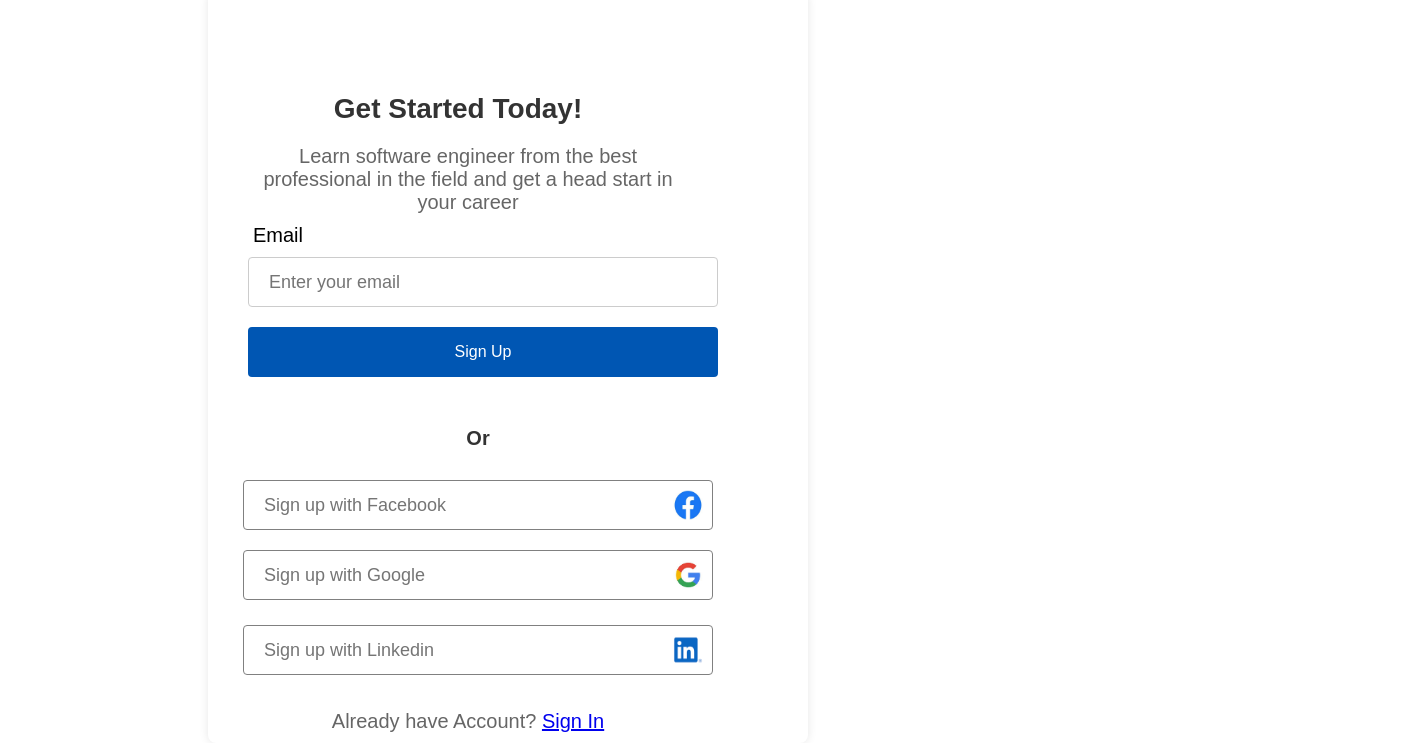
Repository: Femi007-gh/LOGIN-INTERFACE
Page: index.html
An editor plug-in stored every save of this project. The page is shown before and after the next save, followed by the edit.
The browser window is 1280 px wide. The page is 1408 px wide, then 1423 px, so the pictures cover 1423 px, including what lies to the right of the window. The pictures show the whole page.

Above is the page before, as saved 2025-01-22 15:54:51.

### index.html
<html>
  <head>
    <title></title>
    <link rel="stylesheet" href="style.css">
  </head>
  <body>
    <div class="container">
      <div class="left-session">
        <div class="form-container">
          <h1>Get Started Today!</h1>
          <p>Learn software engineer from the best professional in the field and get a head start in your career</p>
          <form>
            <div class="inter-group">
              <p class="red">Email</p>
              <input placeholder="Enter your email" class="email">
            </div>
           <button class="primary-btn" type="submit">
              Sign Up
            </button>
            </form>
            <p class="divider">Or</p>
            <div class="social-buttons">
              <input placeholder="Sign up with Facebook" class="sign">
              <img class="face" src="facebook.jpeg">
              <input placeholder="Sign up with Google" class="sign">
              <img class="go" src="google.webp">
              <input placeholder="Sign up with Linkedin" class="sign">
              <img class="link" src="linked.png">
              <p class="pet">Already have Account? <a href="#">Sign In</a>
      </div>
    </div>
  </body>
</html>

### style.css
body {
  font-family: Arial, sans-serif;
  display: flex;
  justify-content: center;
  align-items: center;
  height: 100vh;
  width: 1000px;
}

.container {
  display: flex;
  width: 600px;
  height: 750px;
  background-color: white;
  border-radius: 8px;
  box-shadow: 0 0 10px rgba(0, 0, 0, 0.1);
  margin-left: 0
}

.left-session {
  flex: 1;
  padding: 40px;
  display: flex;
  flex-direction: column;
  justify-content: center;
}

.form-container {
  text-align: center;
}

h1 {
  font-size: 28px;
  margin-bottom: 20px;
  color: #333;
  margin-right: 700px;
  margin-top: 100px;
}

p {
  margin: 10px 0;
  color: #666;
}



.input-wrapper {
  position: relative;
}

 .email {
  width: 470px;
  height: 50px;
  border: 1px solid #ccc;
  border-radius: 4px;
  margin-bottom: 20px;
  padding-left: 20px;
  font-size: 18px;
  margin-right: 650px;
}


.primary-btn {
  background-color: #0056b3;
  color: white;
  border: none;
  padding: 12px 20px;
  border-radius: 4px;
  cursor: pointer;
  font-size: 16px;
  width: 470px;
  display: flex;
  align-items: center;
  justify-content: center;
  transition: background-color 0.3s ease;
  margin-bottom: 50px;
  margin-right: 4x0px;
  height: 50px;
}

.primary-btn:hover {
  background-color: #004494;
}

.divider {
  text-align: center;
  font-weight: bold;
  margin: 20px 0;
  color: #333;
  margin-bottom: 30px;
  margin-right: 660px;
}

 .sign {
  width: 470px;
  height: 50px;
  border: 1px solid grey;
  border-radius: 4px;
  margin-bottom: 20px;
  padding-left: 20px;
  font-size: 18px;
  margin-left: -5px;
}

.social-buttons {
  display: flex;
  flex-direction: column;
  gap: 30px;
}

.social-buttons .input-wrapper {
  background-color: transparent;
}

.center-text {
  text-align: center;
  margin-top: 20px;
  color: #333;
}

.center-text a {
  color: #0056b3;
  text-decoration: none;
  font-weight: bold;
}

.center-text a:hover {
  text-decoration: underline;
}

.pet, p {
  font-size: 20px;
  margin-right: 680px;
}

.face {
   height: 30px;
   width: 30px;
   margin-left: 425px;
   margin-top: -90px;
}


.go {
  height: 40px;
  width: 40px;
  margin-left: 420px;
  margin-top: -95px;
}

.link {
  height: 40px;
  width: 40px;
  margin-left: 420px;
  margin-top: -95px;
}

.red {
  margin-left: -380px;
  color: black;
}

After the next save:
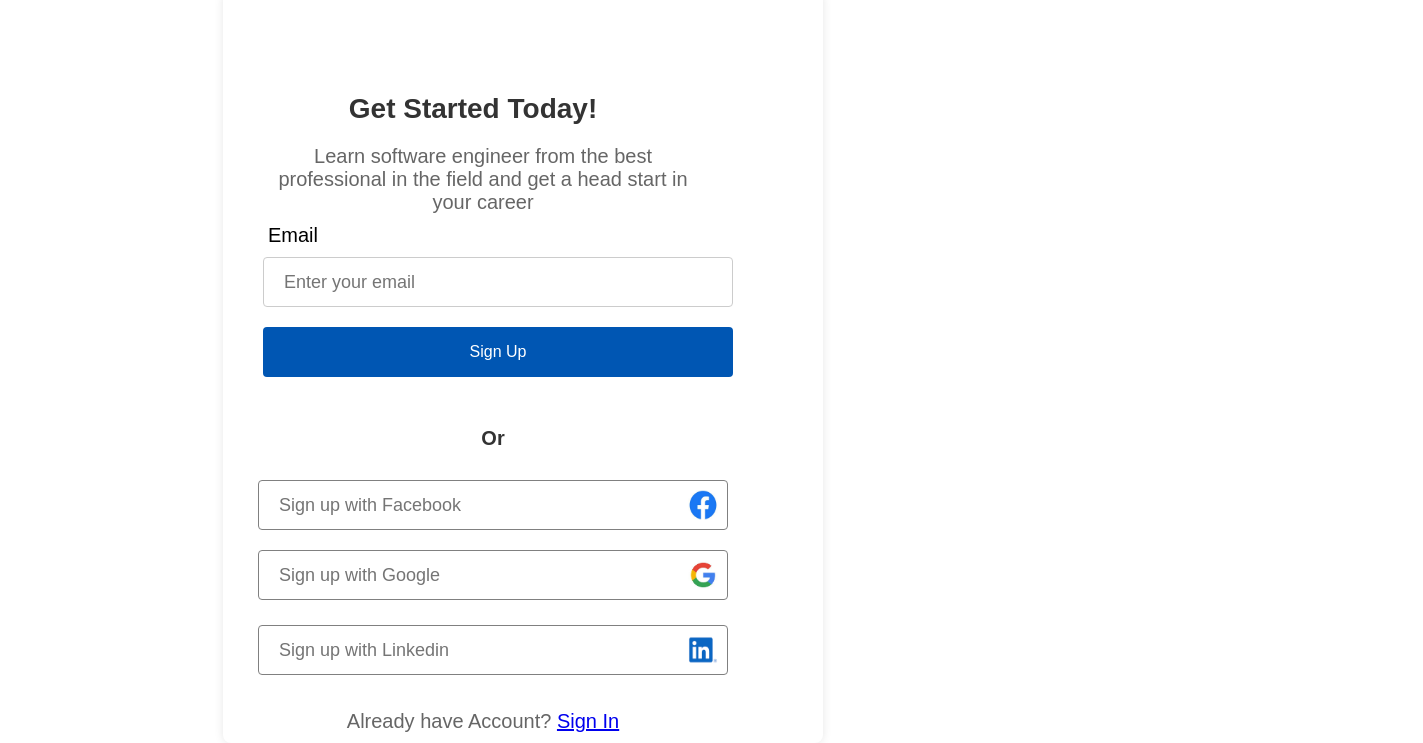
Saved 4 s later.
--- a/style.css
+++ b/style.css
@@ -14,7 +14,7 @@ body {
   background-color: white;
   border-radius: 8px;
   box-shadow: 0 0 10px rgba(0, 0, 0, 0.1);
-  margin-left: 0
+  margin-left: 030px;
 }
 
 .left-session {
